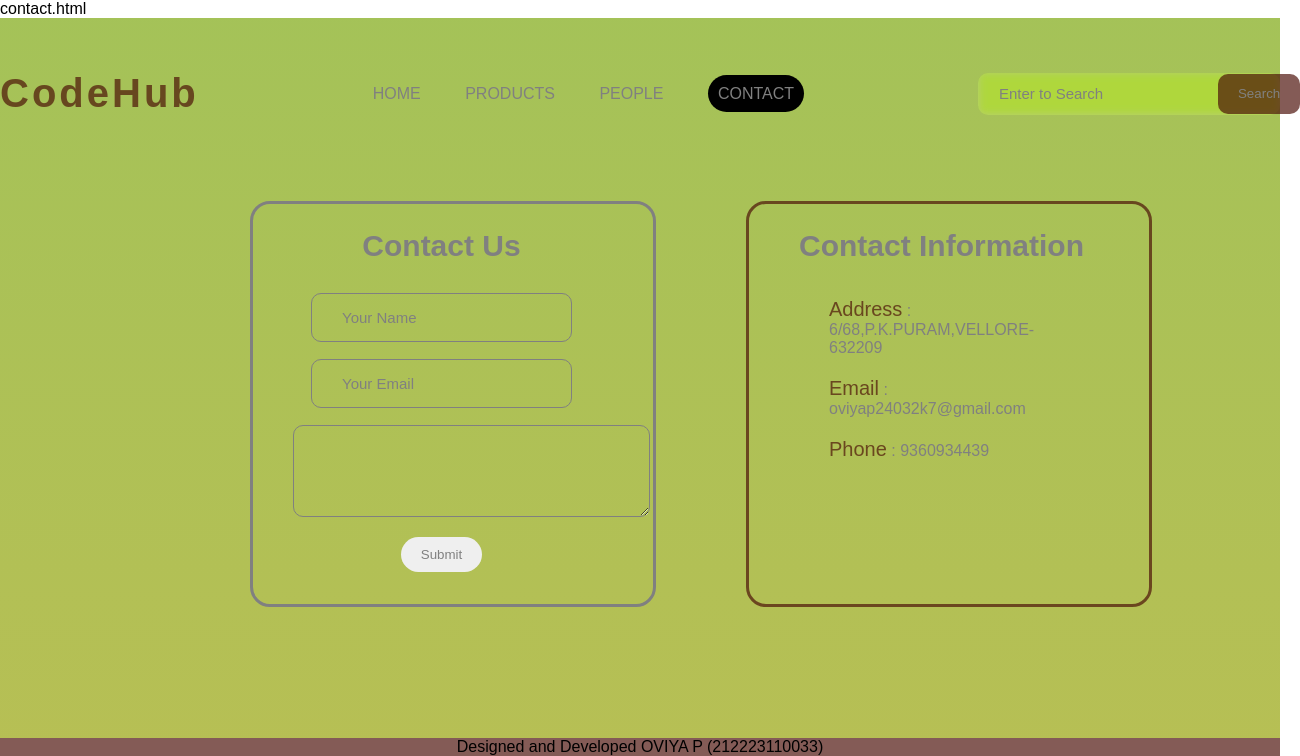
Repository: Oviya24032K6/softweb
Page: oviya/softapp/static/contact.html
These files come from the project's save history. The page is drawn as it stood at one moment and after the next save; the edit follows.
The browser window is 1280 px wide. The page is 1300 px wide, so the pictures cover 1300 px, including what lies to the right of the window. The pictures show the whole page.

Above is the page before, as saved 2024-04-24 05:32:50.

After the next save:
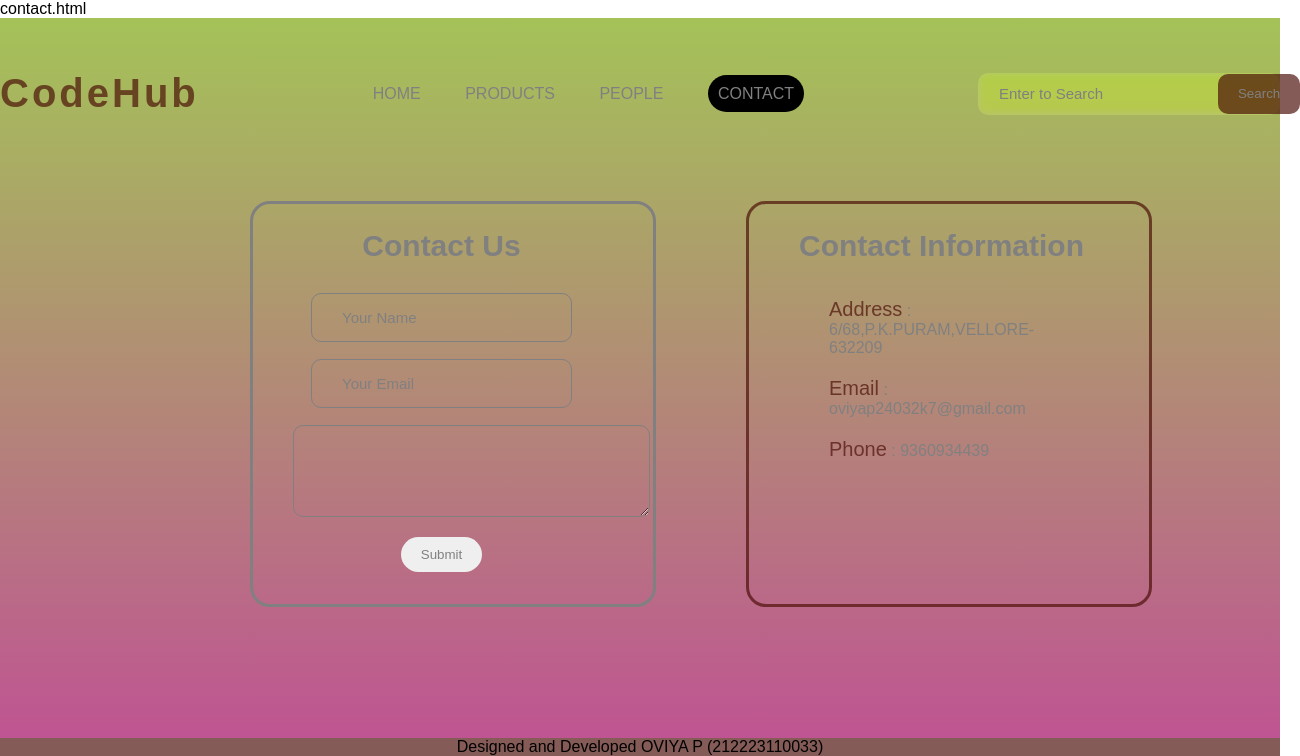
Saved 8 s later.
--- a/oviya/softapp/static/contact.html
+++ b/oviya/softapp/static/contact.html
@@ -14,7 +14,7 @@ contact.html
             .banner {
                 width: 100%;
                 height: 100vh;
-                background-image: linear-gradient(rgba(134, 174, 32, 0.75),rgba(158, 170, 27, 0.75));
+                background-image: linear-gradient(rgba(134, 174, 32, 0.75),rgba(170, 27, 110, 0.75));
                 background-size: cover;
                 background-position: center;
             }
